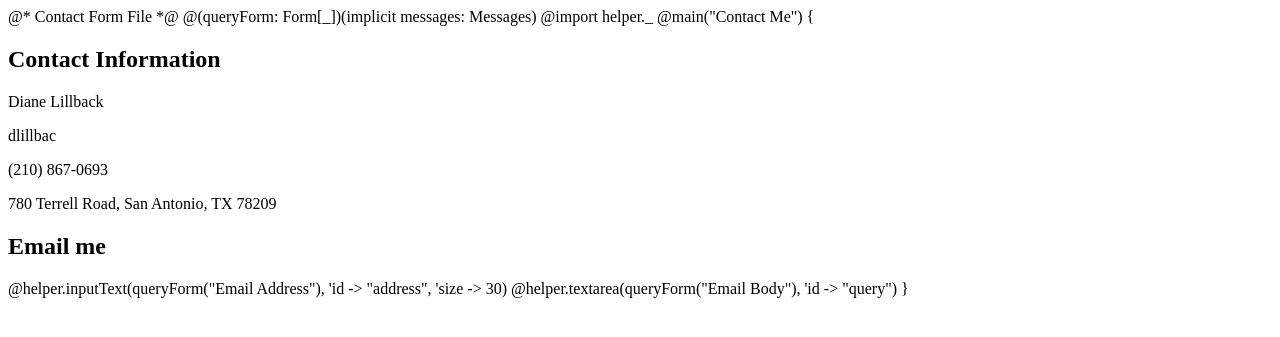
Repository: arthurfeeney/Interior-Design
Page: server/app/views/contact.scala.html
An editor plug-in stored every save of this project. The page is shown before and after the next save, followed by the edit.
The browser window is 1280 px wide. The pictures show the whole page.

Above is the page before, as saved 2019-03-31 20:08:14.

### server/app/views/contact.scala.html
@* Contact Form File *@
@(queryForm: Form[_])(implicit messages: Messages)

@import helper._

@main("Contact Me") {
<h2> Contact Information</h2>
<p>
  Diane Lillback
</p>
<p>
  dlillbac
</p>
<p>
  (210) 867-0693
</p>
<p>
  780 Terrell Road, San Antonio, TX 78209
</p>

<h2> Email me</h2>


@helper.inputText(queryForm("Email Address"), 'id -> "address", 'size -> 30)
@helper.textarea(queryForm("Email Body"), 'id -> "query")

}

After the next save:
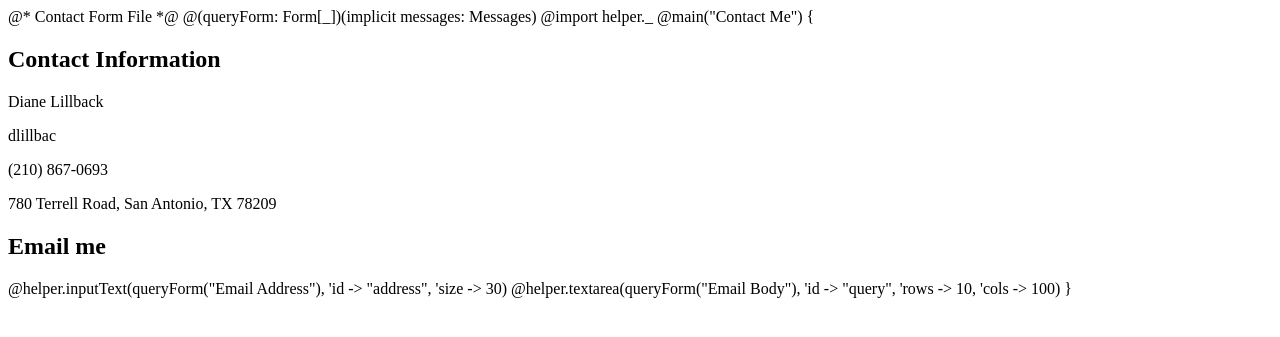
Saved 43 s later.
--- a/server/app/views/contact.scala.html
+++ b/server/app/views/contact.scala.html
@@ -22,6 +22,6 @@
 
 
 @helper.inputText(queryForm("Email Address"), 'id -> "address", 'size -> 30)
-@helper.textarea(queryForm("Email Body"), 'id -> "query")
+@helper.textarea(queryForm("Email Body"), 'id -> "query", 'rows -> 10, 'cols -> 100)
 
 }
